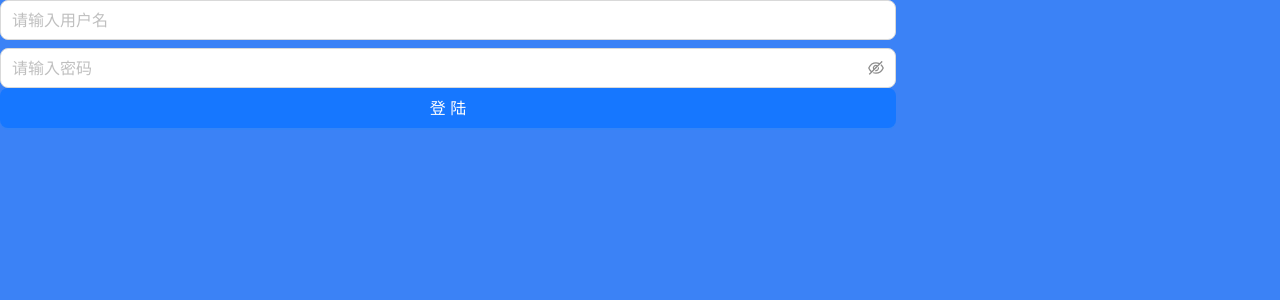
Repository: wujieli0207/tiny-flash-card
Page: /#/login
An editor plug-in stored every save of this project. The page is shown before and after the next save, followed by the edit.
The browser window is 1280 px wide. The pictures show the whole page.
The project was rebuilt for these pictures with package versions that can differ from the ones it lists, and the page was loaded fresh each time. Also part of the build but not shown: vite.config.ts.

Above is the page before, as saved 2023-06-11 18:24:01.

After the next save:
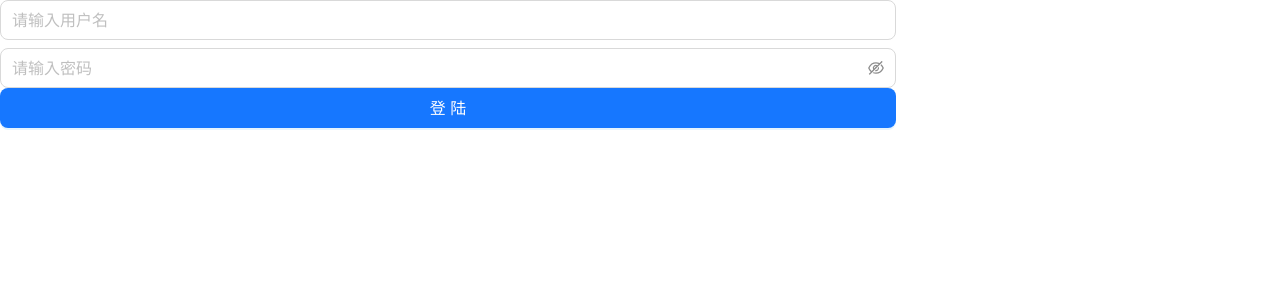
Saved 70 s later.
--- a/src/client/pages/login.tsx
+++ b/src/client/pages/login.tsx
@@ -29,7 +29,7 @@ const Login = () => {
   }
 
   return (
-    <div className="h-screen w-screen bg-blue-500">
+    <div className="h-screen w-screen ">
       <PageTitle title="登陆" />
 
       <div className="w-[70%]">
